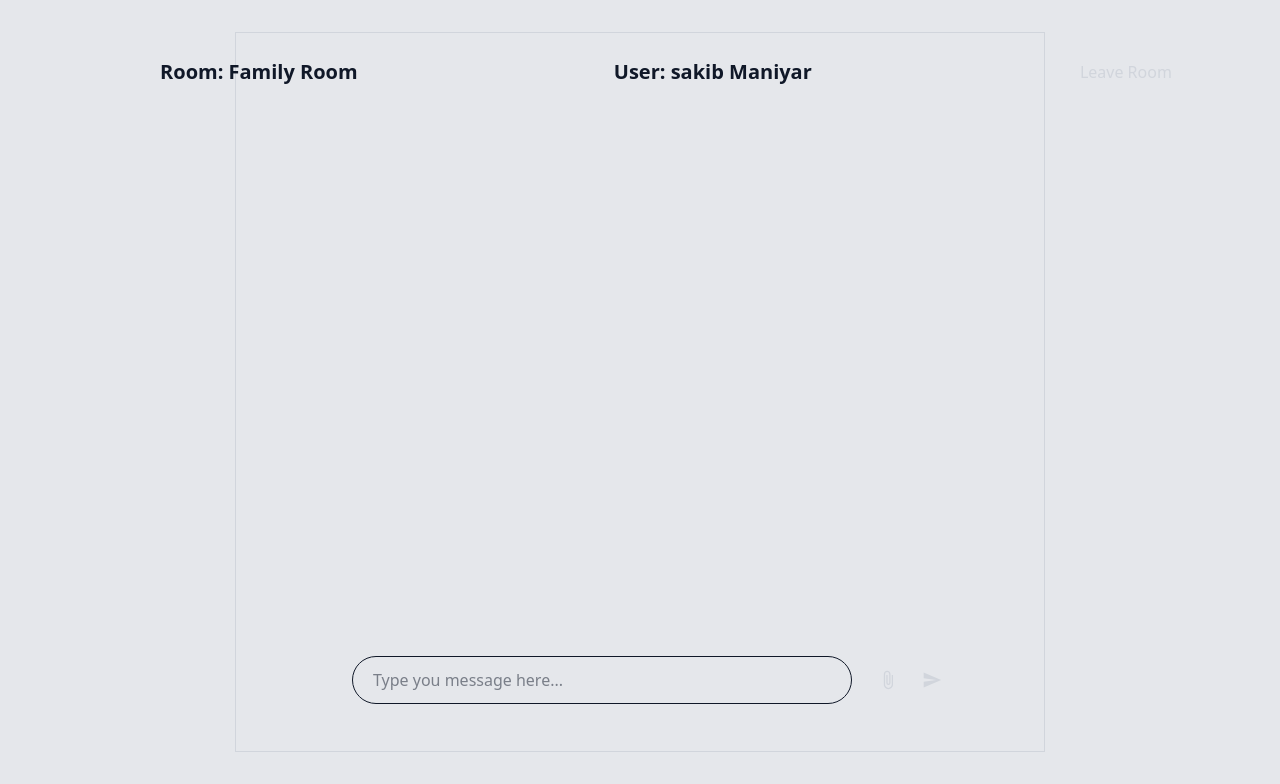
Repository: Saquib45/ChatApplication
Page: /chat (app in front-chat/)
These files come from the project's save history. The page is drawn as it stood at one moment and after a run of saves; the edit follows.
The browser window is 1280 px wide. The pictures show the whole page.
The project was rebuilt for these pictures with package versions that can differ from the ones it lists, and the page was loaded fresh each time. Also part of the build but not shown: front-chat/vite.config.js, front-chat/src/components/JoinCreateChat.jsx, front-chat/src/App.jsx.

Above is the page before, as saved 2025-04-12 21:54:27.

### front-chat/index.html
<!doctype html>
<html lang="en" class="dark">
  <head>
    <meta charset="UTF-8" />
    <link rel="icon" type="image/svg+xml" href="/vite.svg" />
    <meta name="viewport" content="width=device-width, initial-scale=1.0" />
    <title>Room Chat App</title>
  </head>
  <body class="h-screen bg-gray-200 text-gray-900 dark:bg-gray-950 dark:text-gray-400">
    <div id="root"></div>
    <script type="module" src="/src/main.jsx"></script>
  </body>
</html>

### front-chat/src/main.jsx
import { StrictMode } from 'react'
import { createRoot } from 'react-dom/client'
import './index.css'
import { BrowserRouter} from 'react-router'
import AppRoutes from "./config/routes.jsx"
import { Toaster } from 'react-hot-toast'

createRoot(document.getElementById('root')).render(
  <StrictMode>
    <BrowserRouter>
      <Toaster/>
      <AppRoutes/>
    </BrowserRouter>
  </StrictMode>,
)

### front-chat/src/config/routes.jsx

import React from "react";
import { Routes,Route } from "react-router";
import App from "../App.jsx";
import ChatPage from "../components/ChatPage.jsx";
const AppRoutes = () => {
  return (
    <Routes>
        <Route path="/" element={<App />} />
        <Route path="/chat" element={<ChatPage/>} />
        <Route path="/about" element={<h1>This is about page</h1>} />
        <Route path="*" element={<h1>404 Not Found</h1>} />

      </Routes>
  );
}
export default AppRoutes;

### front-chat/src/components/ChatPage.jsx
import React from "react";
import {MdAttachFile, MdSend} from "react-icons/md";
import { useState ,useRef } from "react";

function ChatPage() {

    const [messages,setMessages]=useState([{content:"hello",sender:"sakib"},{content:"hi",sender:"sami"} ]);
    const [input,setInput]=useState("");
    const inputRef=useRef(null);
    const chatBoxRef=useRef(null);
    const [stompClient,setStompClient]=useState(null);
    const [roomId,setRoomId]=useState("");


    return(
        <div className="">
            {/* Header of the page */}
            <header className=" dark:border-gray-700 fixed w-full dark:bg-gray-900 py-5 flex justify-around items-center">

                {/* room name container */}
                <div>
                    <h1 className="text-xl font-semibold">Room: <span>Family Room</span></h1>
                </div>

                {/* username container */}
                <div>
                    <h1 className="text-xl font-semibold">
                        User: <span>sakib Maniyar</span>
                    </h1>
                </div>

                {/* button: leave room container */}
                <div>
                    <button className="dark:bg-red-500 hover:dark:bg-red-700 px-3 py-2 rounded-full text-gray-300">Leave Room</button>
                </div>
            </header>

            {/* chat container */}
            <main className="py-20 border w-2/3 dark:bg-slate-600 text-gray-300  mx-auto h-screen overflow-auto">
                {
                    messages.map((message,index)=>{
                        <div key={index} >
                            <div className="border">
                                <p>{message.sender}</p>
                                <p>{message.content}</p>
                            </div>
                        </div>
                    })
                }
            </main>


            {/* input message container */}
            <div className="fixed bottom-4 w-full h-12">
                <div className="h-full gap-4 pr-10 flex items-center justify-between  dark:border-gray-600 dark:bg-gray-900 rounded-full w-1/2 mx-auto">

                    <input type="text" placeholder="Type you message here..."

                        className="dark:border-gray-600  w-full border dark:bg-gray-800 rounded-full px-5 py-2 h-full  focus:outline-none"

                    />

                    <div className="flex gap-1">
                    <button className="dark:bg-purple-600  text-gray-300 h-10 w-10 flex justify-center items-center hover:dark:bg-purple-700 rounded-full">
                        <MdAttachFile size={20}/>
                    </button>
                    <button className="dark:bg-green-700  text-gray-300 h-10 w-10 flex justify-center items-center hover:dark:bg-green-800 rounded-full">
                        <MdSend size={20}/>
                    </button>
                    </div>
                </div>
            </div>
        </div>
    )
}

export default ChatPage;

Loaded but not shown: front-chat/src/index.css (common file); front-chat/src/App.css (common file)

After the next 4 saves:
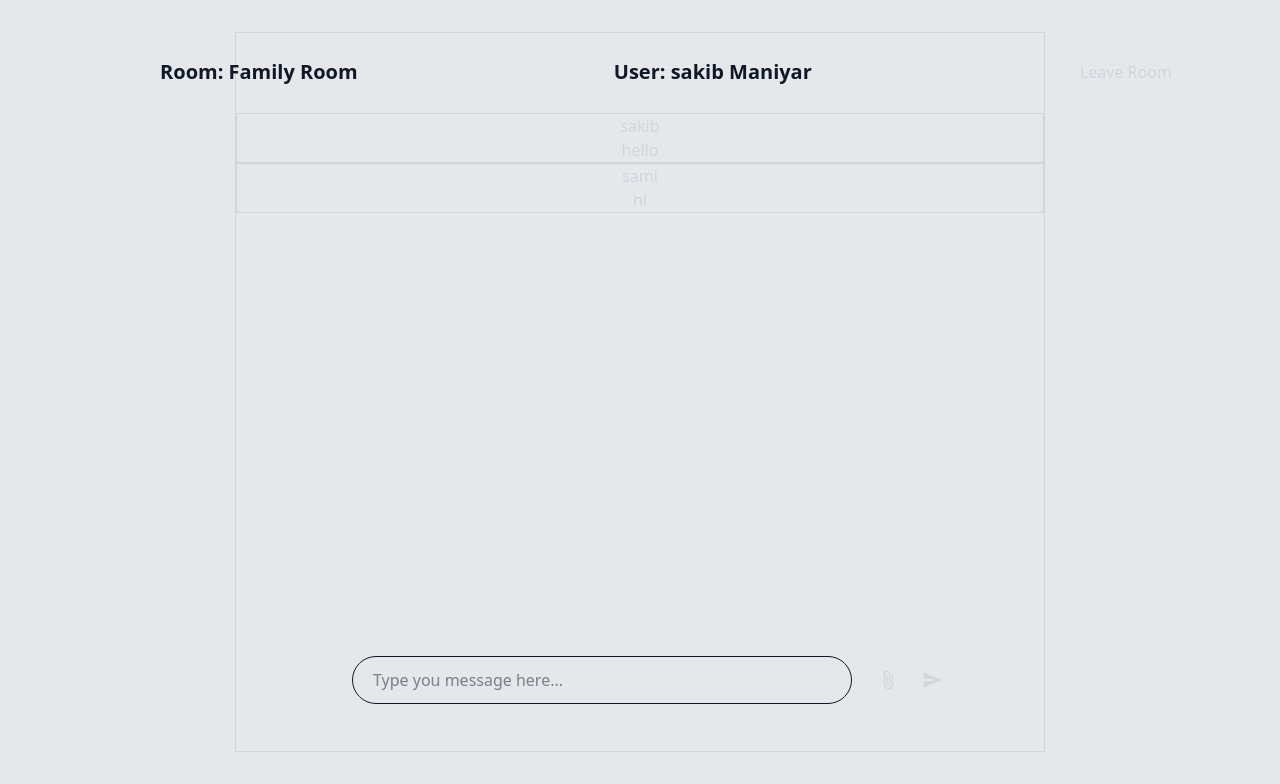
The 4 saves are shown as one change because 1 did not build or start and some came seconds apart.
The last was saved 105 s later.
--- a/front-chat/src/components/ChatPage.jsx
+++ b/front-chat/src/components/ChatPage.jsx
@@ -38,14 +38,14 @@ function ChatPage() {
             {/* chat container */}
             <main className="py-20 border w-2/3 dark:bg-slate-600 text-gray-300  mx-auto h-screen overflow-auto">
                 {
-                    messages.map((message,index)=>{
+                    messages.map((message,index)=>(
                         <div key={index} >
                             <div className="border">
                                 <p>{message.sender}</p>
                                 <p>{message.content}</p>
                             </div>
                         </div>
-                    })
+                    ))
                 }
             </main>
 
